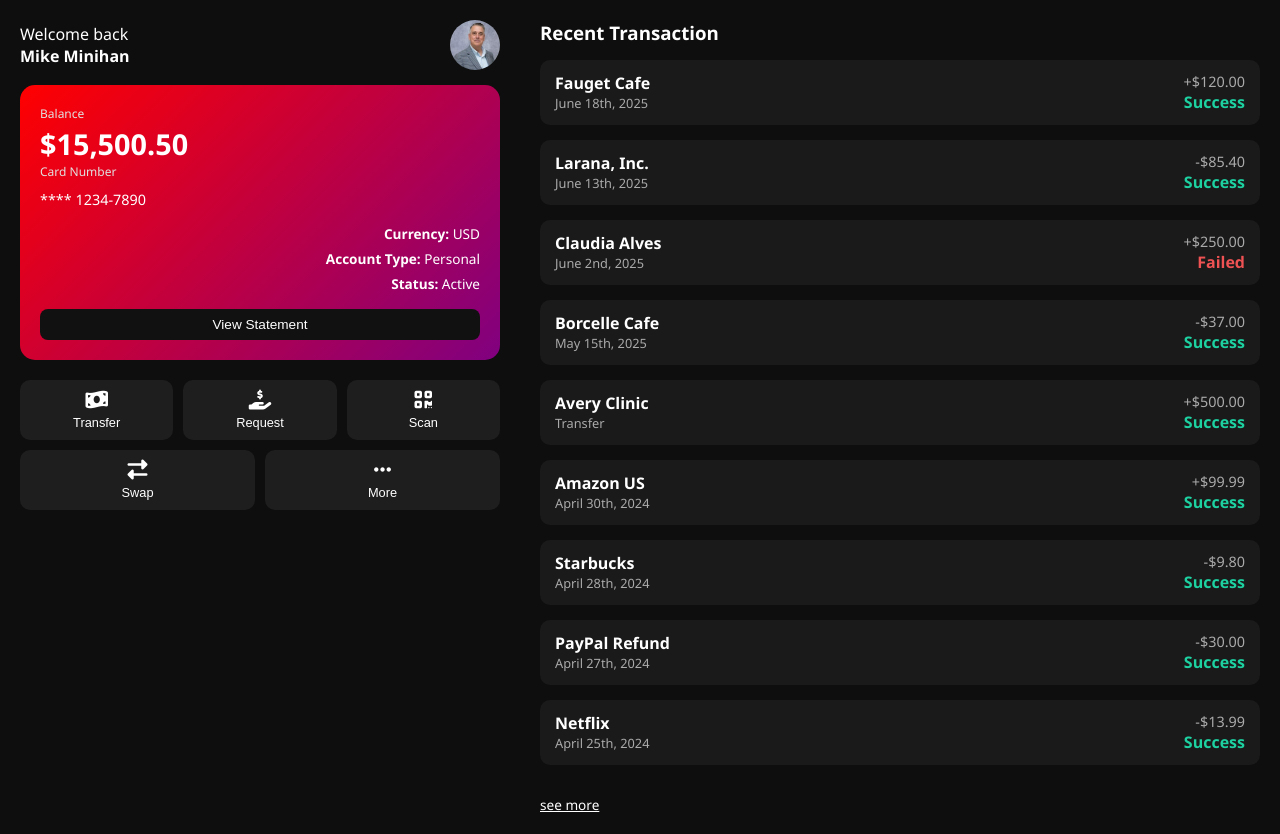
Repository: trenzyfx1/Wells-fargo-bank
Page: homepage.html
The author's editor kept a copy of each file at every save. The page is drawn from the files as they stood at one save, then again after the next save.
The browser window is 1280 px wide. The pictures show the whole page.
Some web libraries are served in a nearby version.

Above is the page before, as saved 2025-06-19 19:40:39.

After the next save:
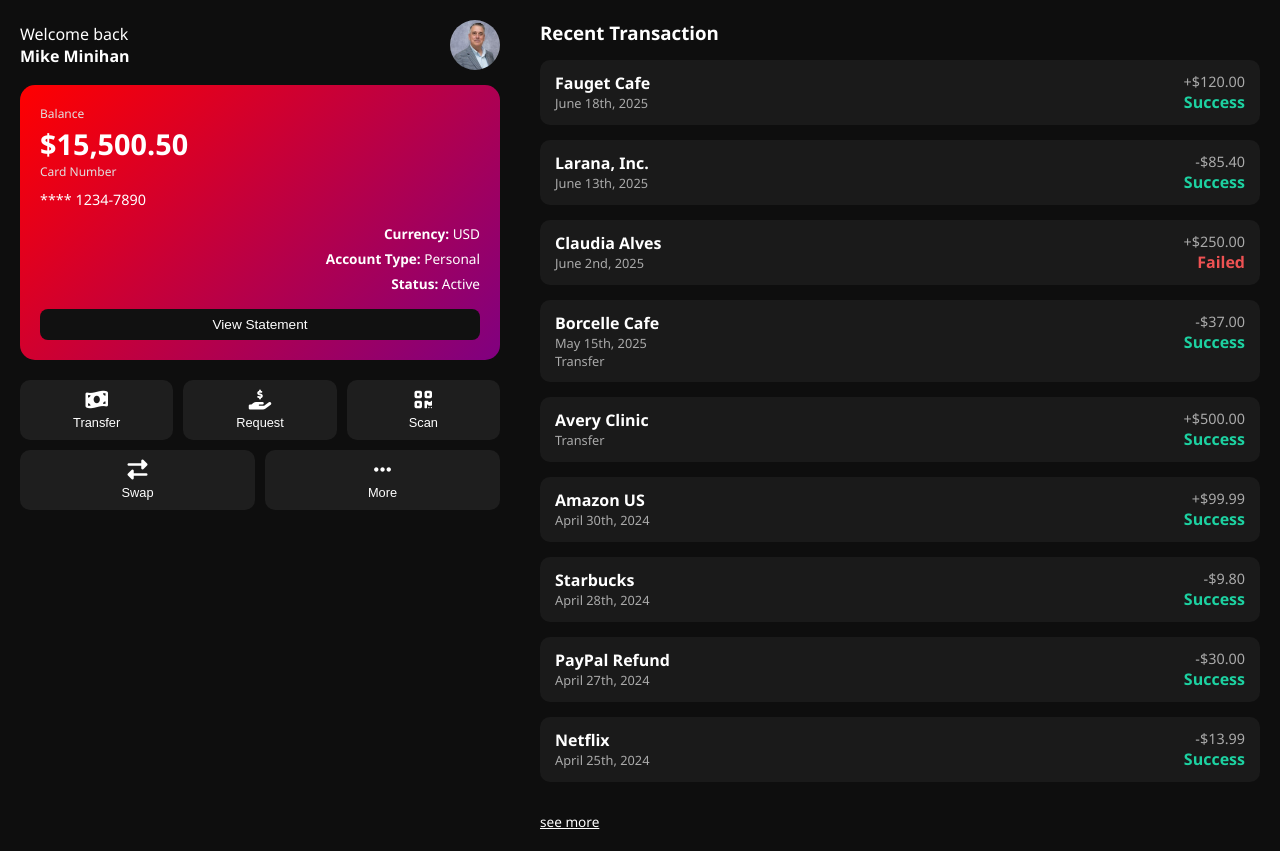
Saved 44 s later.
--- a/homepage.html
+++ b/homepage.html
@@ -90,6 +90,7 @@
                     <div>
                         <strong>Borcelle Cafe</strong>
                         <p>May 15th, 2025</p>
+                        <p>Transfer</p>
                     </div>
                     <div class="right-detail">
                         <p>-$37.00</p>

After the save that followed:
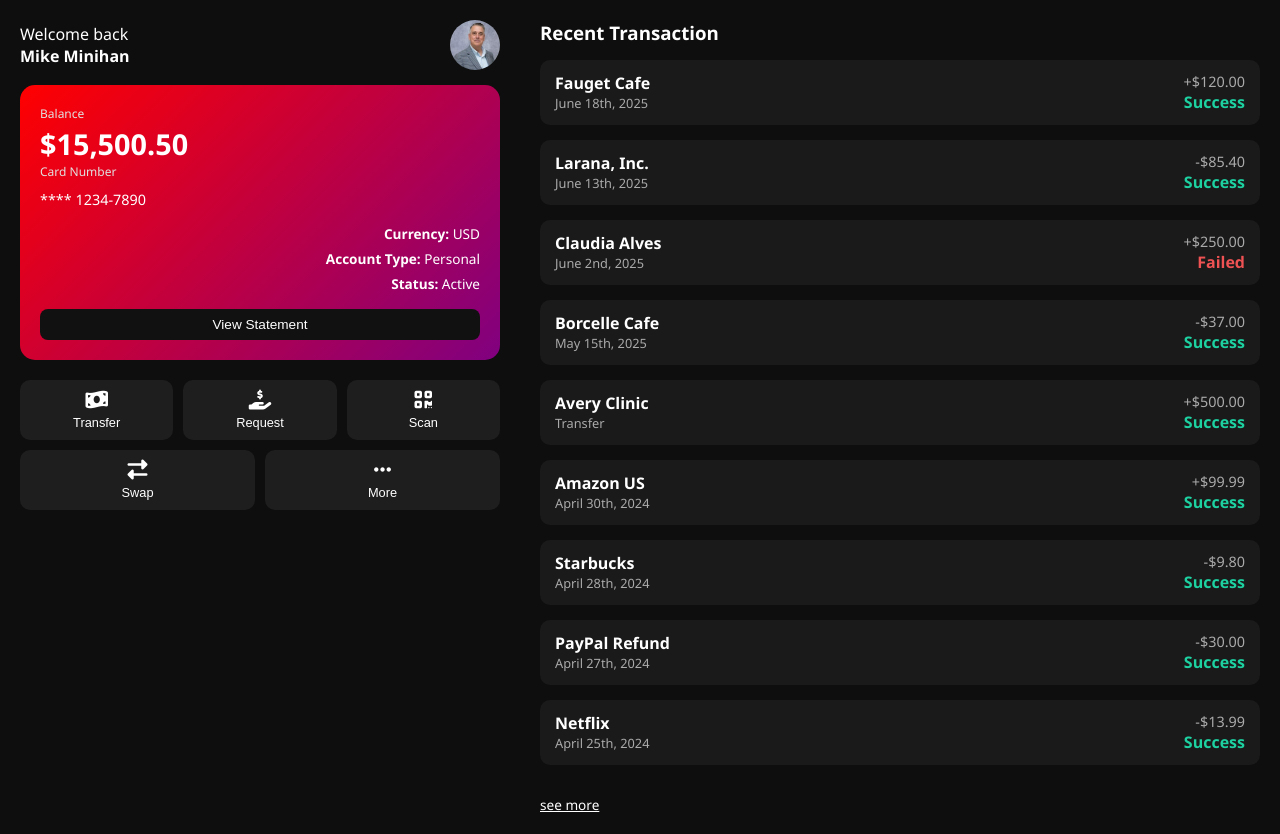
Saved 84 s later.
--- a/homepage.html
+++ b/homepage.html
@@ -90,7 +90,6 @@
                     <div>
                         <strong>Borcelle Cafe</strong>
                         <p>May 15th, 2025</p>
-                        <p>Transfer</p>
                     </div>
                     <div class="right-detail">
                         <p>-$37.00</p>
